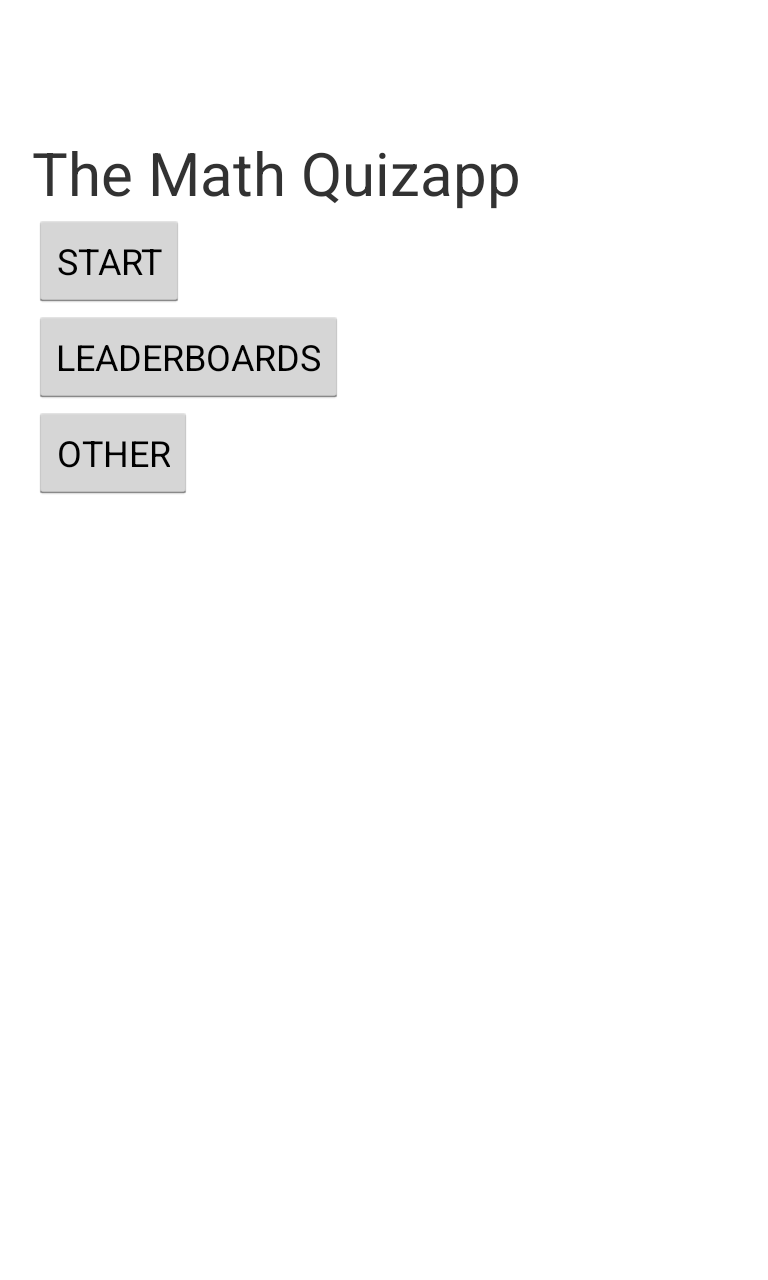
Repository: l2y/MathQuizApp
Layout: MathQuiz/res/layout/activity_start.xml
These files come from the project's save history. The layout is drawn as it stood at one moment and after the next save; the edit follows.
It is drawn on a 768 x 1280 px phone screen (xhdpi) without system bars, with theme AppTheme; the app's code is not run.

Above is the layout before, as saved 2014-04-08 00:49:44.

After the next save:
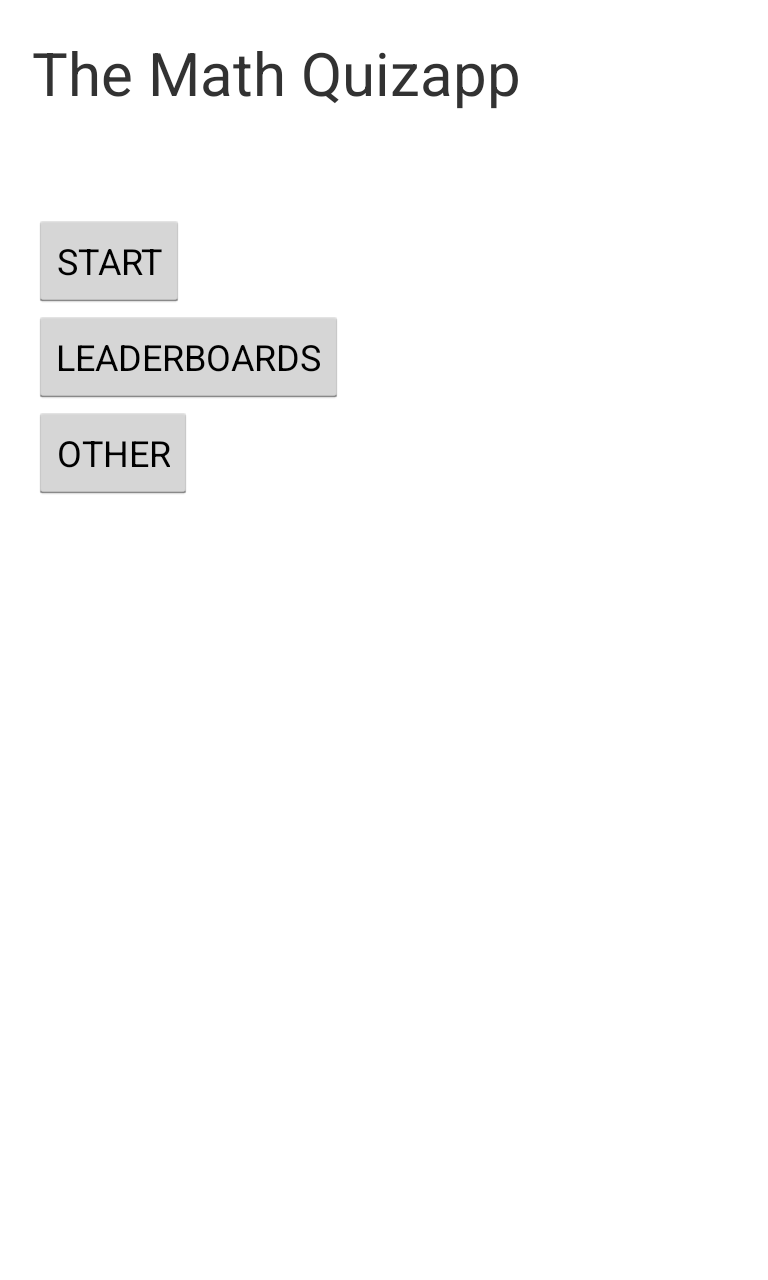
Saved 10 s later.
--- a/MathQuiz/res/layout/activity_start.xml
+++ b/MathQuiz/res/layout/activity_start.xml
@@ -15,7 +15,7 @@
         android:gravity="center_vertical"
         android:text="@string/title"
         android:textSize="30sp"
-        android:layout_marginTop="50sp"/>
+        android:layout_marginBottom="50sp"/>
 
     <Button
         android:layout_width="wrap_content"
